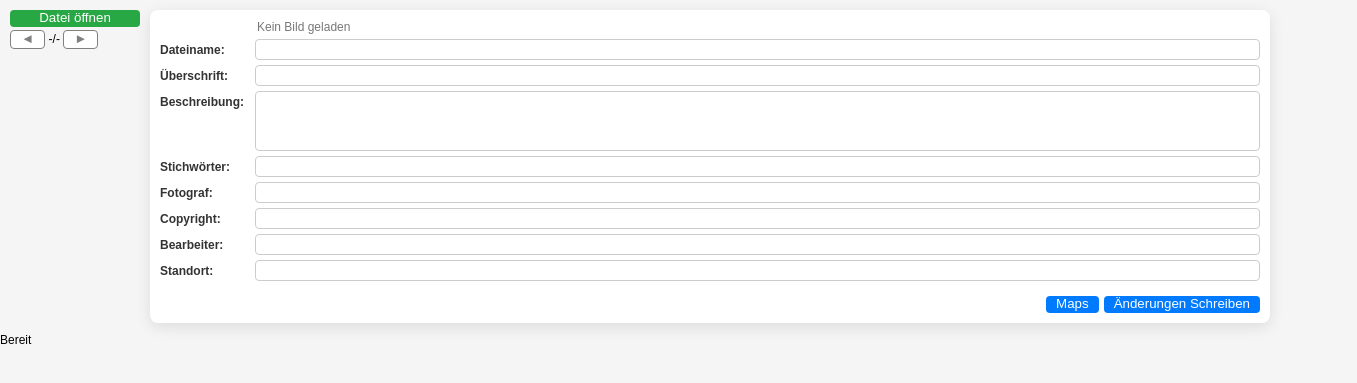
Repository: h-fahle/metadata
Page: ui/index.html
The author's editor kept a copy of each file at every save. The page is drawn from the files as they stood at one save, then again after the next save.
The browser window is 1280 px wide. The page is 1357 px wide, so the pictures cover 1357 px, including what lies to the right of the window. The pictures show the whole page.

Above is the page before, as saved 2026-08-19 12:25:00.

### ui/index.html
<!DOCTYPE html>
<html lang="de">

<head>
	<meta charset="UTF-8">
	<title>Tauri ExifTool Test</title>
	<script src="script.js" defer></script>
	<link rel="stylesheet" href="style.css">
</head>

<body>

	<div id="main-container">

		<!-- Das Vorschaubild links -->
		<div id="sidebar">

			<button id="file-open" onclick="dateiAuswählen()">Datei öffnen</button>

			<div id="nav">
				<button class="blaettern" onclick="blaettern(-1)">◄</button>
				<span id="img-nummer">-/-</span>
				<button  class="blaettern" onclick="blaettern(1)">►</button>
			</div>

<!-- 		<select id="menue-oeffnen" onchange="menueAktion(this)" >
				<option value="dateien">🖼️ Bilder öffnen...</option>
				<option value="ordner">📁 Ordner öffnen...</option>
			</select>
 -->
			<img id="vorschau-bild" src="" style="display:none;" />
			<div id="bild-info" style="text-align:center;">
				<span id="img-datum"></span><br>
				<span id="img-groesse"></span>
			</div>
		</div>

		<!-- Das Formular rechts -->
		<div id="mein-formular-container">

			<div id="ordner-pfad">Kein Bild geladen</div>

			<div class="tooltip" data-tooltip=
"Im Einzelmodus: Änderung des Dateinamens bewirkt
   Umbenennung der Datei.
Im Stapelmodus: Ordnername is nicht änderbar.!">
				<label for="filename">Dateiname:</label>
				<input type="text" id="filename" name="filename"/>
			</div>

			<div class="tooltip" data-tooltip=
"Auch: (Dokument-)Titel, Schlagzeile, Headline">
				<label for="caption">Überschrift:</label>
				<input type="text" id="caption" name="caption"/>
			</div>

			<div class="tooltip" data-tooltip=
"Beschreibender Text in beliebiger Länge.
(Im Stapelmodus wird der eingegebene Text
   an vorhandenen angehängt.)
Hinweis: Einige Programme zeigen nur 2.000 Zeichen
   oder auch weniger an.">
				<label for="description">Beschreibung:</label>
				<textarea id="description" name="description" style="min-height: 60px;"></textarea>
			</div>

			<div class="tooltip" data-tooltip=
"Komma-separierte Liste. Groß-/Kleinschreibung beachten.
Im Stapelmodus werden die eingegebenen Stichwörter
   an vorhandene angehängt.">
				<label for="keywords">Stichwörter:</label>
				<input type="text" id="keywords" name="keywords"/>
			</div>

			<div class="tooltip" data-tooltip=
"Urheber, Ersteller, Autor
(Tags: Artitst, Creator, By-line)">
				<label for="creator">Fotograf:</label>
				<input type="text" id="creator" name="creator"/>
			</div>

			<div class="tooltip" data-tooltip=
"Urheberrechtshinweis; enthält in der Regel:
Name des Fotografen, Aufnahmejahr und Nutzungsrechte;
(z.B. 'Copyright [1975] [Mustermann], Alle Rechte vorbehalten')">
				<label for="copyright">Copyright:</label>
				<input type="text" id="copyright" name="copyright"/>
			</div>

			<div class="tooltip" data-tooltip=
"Verfasser der Metadaten
(Tags: Caption Writer, Writer Editor)">
				<label for="editor">Bearbeiter:</label>
				<input type="text" id="editor" name="editor"/>
			</div>

			<div class="tooltip" data-tooltip=
"GPS-Koordinaten in Dezimalgrad (51.49129, 8.43317).
Ermitteln der Koordinaten in der Google Maps-Karte:
  1. mit rechter Maustaste auf den Standort klicken,
  2. auf die angezeigten Koordinaten klicken,
  3. der so gespeicherte Wert kann dann mit Strg+V
     kopiert werden.">
				<label for="position">Standort:</label>
				<input type="text" id="position" name="position"/>
			</div>

			<!-- Button-Leiste -->
			<div class="button-group" style="text-align: right; margin-top: 15px;">
				<button type="button" onclick="zeigeMaps(event)" style="background: #007BFF;">Maps</button>
				<button type="button" onclick="exifSchreiben(event)" style="background: #007BFF;">Änderungen Schreiben</button>
			</div>

		</div>
	</div> <!-- Ende des main-containers -->

	<div id="statusleiste">Bereit</div>

</body>

</html>

### ui/script.js
let aktuellerBildPfad = "";
let bilderListe = [];
let aktuellerIndex = -1;
let status = document.getElementById('statusleiste');

// Der Observer merkt jede Höhenänderung der Statusleiste
const resizeObserver = new ResizeObserver(entries => {
  for (let entry of entries) {
    // Die echte, aktuelle Höhe auslesen
    const hoehe = entry.contentRect.height;
    // Den Abstand des Bodys dynamisch anpassen
    document.body.style.paddingBottom = hoehe + 'px';
  }
});
// Beobachtung starten
resizeObserver.observe(statusleiste);


function zeigeStatus(nachricht) {
    status.innerText = nachricht;
}

async function dateiAuswählen() {
    try {
        const ergebnis = await window.__TAURI__.core.invoke('plugin:dialog|open', {
            options: {
                title: 'Bilddatei für ExifTool auswählen',
                directory: false,
                multiple: false,
                filters: [
                    { name: 'Bilder', extensions: ['jpg', 'jpeg', 'png', 'gif', 'tif', 'tiff', 'webp', 'avif', 'heic', 'heif'] }
                ]
            }
        });

        if (ergebnis) {
            const pfad = typeof ergebnis === 'object' ? ergebnis.path : ergebnis;
            aktuellerBildPfad = pfad;

            // Bilderliste des Ordners auslesen
            await ladeOrdnerBilder(pfad);

            // Metadaten für das aktuelle Bild einlesen
            exifAuslesen();
        }
    } catch (fehler) {
        zeigeStatus("Dialog-Fehler: " + fehler);
    }
}

async function ladeOrdnerBilder(pfad) {
    try {
        bilderListe = await window.__TAURI__.core.invoke('hole_ordner_bilder', { dateipfad: pfad });
        // Finde den Index des aktuell geöffneten Bildes
        aktuellerIndex = bilderListe.indexOf(pfad);
    } catch (fehler) {
        console.error("Fehler beim Laden des Ordnerinhalts:", fehler);
        ausgabe.innerHTML = "<span style='color: red;'>Fehler beim Laden des Ordnerinhalts: " + fehler + "</span>";
        bilderListe = [pfad];
        aktuellerIndex = 0;
    }
}

function blaettern(richtung) {
    if (bilderListe.length === 0) return;

    aktuellerIndex += richtung;

    // Begrenzungen einhalten
    if (aktuellerIndex < 0) {
        aktuellerIndex = 0;
        return;
    }
    if (aktuellerIndex >= bilderListe.length) {
        aktuellerIndex = bilderListe.length - 1;
        return;
    }

    aktuellerBildPfad = bilderListe[aktuellerIndex];
    exifAuslesen();
}

async function exifAuslesen() {
    const pfad = aktuellerBildPfad;
    const vorschauImg = document.getElementById("vorschau-bild");

    zeigeStatus("Rufe ExifTool auf...");

    try {
        // 1. Metadaten über Rust holen
        const jsonText = await window.__TAURI__.core.invoke('lese_bild_metdaten', { dateipfad: pfad });
        const datenObjekt = JSON.parse(jsonText)[0]; 	// Das 1. JSON-Objekt im JSON-Array in JS-Objekt umwandeln

        if (bilderListe.length > 0) {
            document.getElementById('img-nummer').innerText = `${aktuellerIndex + 1}/${bilderListe.length}`;
        } else {
            document.getElementById('img-nummer').innerText = '0/0';
        }

        let aufnahmeDatum = datenObjekt.DateTimeOriginal;
        if (typeof aufnahmeDatum === 'undefined') aufnahmeDatum = '---';

        document.getElementById('img-datum').innerText = '\u{1F4F7} ' + aufnahmeDatum || '';
        document.getElementById('img-groesse').innerText = '⤢ ' + datenObjekt.ImageSize || '';

        document.getElementById('filename').value = datenObjekt.FileName || '';
        document.getElementById('caption').value = datenObjekt.CMB_Caption || '';
        document.getElementById('description').value = datenObjekt.Description || '';
        document.getElementById('keywords').value = datenObjekt.Keywords || '';
        document.getElementById('creator').value = datenObjekt.Creator || '';
        document.getElementById('copyright').value = datenObjekt.Copyright || '';
        document.getElementById('editor').value = datenObjekt.CMB_Editor || '';
        document.getElementById('position').value = datenObjekt.GPSPosition || '';

        const vollerPfad = pfad;
        // Erkennt automatisch Linux-Schrägstriche (/) und Windows-Backslashes (\)
        const letzterSlash = Math.max(vollerPfad.lastIndexOf('/'), vollerPfad.lastIndexOf('\\'));
        let ordner = "Unbekannt";
        if (letzterSlash !== -1) {
            ordner = vollerPfad.substring(0, letzterSlash);
        }
        // Den berechneten Ordnerpfad in das neue Label schreiben
        document.getElementById('ordner-pfad').innerText = ordner;

        // Wir nehmen das erste Element der Liste (ExifTool liefert immer ein Array)
        zeigeStatus(jsonText);

        // Wir fragen Rust nach dem besten Weg für das Bild
        const vorschauErgebnis = await window.__TAURI__.core.invoke('hole_vorschaubild', { dateipfad: pfad });

        if (vorschauErgebnis === "STANDARD") {
            // Normales JPG/PNG über das Asset-Protokoll
            const assetUrl = window.__TAURI__.core.convertFileSrc(pfad);
            vorschauImg.src = assetUrl + "?t=" + new Date().getTime();
        } else if (vorschauErgebnis.startsWith("data:[embedded picture, 23 characters]")) {
            // TIF/TIFF über den im RAM kompilierten Rust-Wandler
            vorschauImg.src = vorschauErgebnis;
        }

        vorschauImg.style.display = "block";

    } catch (fehler) {
        zeigeStatus("Fehler: " + fehler);
        vorschauImg.style.display = "none";
    }
}

async function zeigeMaps(event) {
    event.preventDefault()
    let gps = document.getElementById('position').value;

    try {
        // Ruft direkt unsere eigene, sichere Rust-Funktion auf
        await window.__TAURI__.core.invoke('oeffne_maps_browser', {
            gpsString: gps
        });
    } catch (fehler) {
        console.error("Fehler:", fehler);
        ausgabe.innerHTML = "<span style='color: red;'>Fehler bei öffnen Maps: " + fehler + "</span>";
    }
}

async function exifSchreiben(ereignis) {
    if (ereignis) ereignis.preventDefault();  // verbietet dem Browser den automatischen Seiten-Reset!

    const pfad = aktuellerBildPfad;

    zeigeStatus("Speichere Daten über ExifTool...");

    // Wir sammeln alle aktuellen Werte aus den Eingabefeldern ein
    const daten = {
        dateipfad: pfad,
        filename: document.getElementById('filename').value,
        caption: document.getElementById('caption').value,
        description: document.getElementById('description').value,
        keywords: document.getElementById('keywords').value.split(',').map(s => s.trim()).join(', '),
        creator: document.getElementById('creator').value,
        copyright: document.getElementById('copyright').value,
        editor: document.getElementById('editor').value,
        gps: document.getElementById('position').value
    };

    try {
        // Wir schicken das gesamte Paket an die Rust-Funktion 'schreibe_bild_metdaten'
        const antwort = await window.__TAURI__.core.invoke('schreibe_bild_metdaten', daten);

        // Bei Erfolg zeigen wir die Meldung in grüner Schrift an
        zeigeStatus(antwort);

        // 2. Da der Pfad dank preventDefault() jetzt bombenfest im Feld stehen bleibt,
        // funktioniert das Neuladen nun augenblicklich und fehlerfrei!
        await exifAuslesen();

    } catch (fehler) {
        // Falls etwas schiefgeht (z.B. Datei schreibgeschützt), zeigen wir den Fehler an
        zeigeStatus("Fehler: " + fehler);
    }
}

### ui/style.css

html,
body {
	margin: 0;
	background: #f5f5f5;
	display: flex;
	flex-direction: column;
	font-family: sans-serif;
	font-size: 12px;
}

/* Haupt-Container und Statusleiste ------------------------ */
#main-container {
	max-width: 100%;
	padding: 10px;
	display: flex;
	flex-direction: row;  /* Elemente nebeneinander */
	gap: 10px;  /* Abstand zwischen Bild und Formular */
	box-sizing: border-box;
}

#main-container > :not(#sidebar) {
	flex: 1;      /* Nimmt den restlichen Platz ein */
	min-width: 0; /* Erlaubt dem Element zu schrumpfen, falls das Fenster klein wird */
}


/* #statusleiste {
	bottom: 0;
	left: 0;
	box-sizing: content-box;
	background-color: lightgray;
	color: black;
	display: flex;
	align-items: center;
	padding: 0 16px;
	z-index: 1000;
}
 */




/* Container des Formulars ----------------------------------------- */
#mein-formular-container {
	flex-grow: 1;
	margin: 0;
	padding: 5px 10px;
	background-color: #ffffff;
	border-radius: 8px;
	box-shadow: 0 4px 15px rgba(0, 0, 0, 0.1);
	font-family: Arial, sans-serif;
}

#mein-formular-container div {
	display: flex;
	align-items: center;
	margin: 6px 0;
	/* Geringer Zeilenabstand */
	width: 100%;
	margin-top: 5px;
	/* Kleiner Abstand nach oben */
	margin-bottom: 5px;
	/* Kleiner Abstand nach unten */
}

#ordner-pfad {
	margin-left: 97px !important;
	color: #777777;
}


/* Bedien-Elemente -------------------------------------------- */
button {
	padding: 0px 10px 2px 10px;
	cursor: pointer;
	background: #28a745;
	color: white;
	border: none;
	border-radius: 4px;
}

button#file-open {
	width: 130px;
	margin-bottom: 3px;
}

button.blaettern {
	border: 1px solid gray;
	color: gray;
	background-color: white;
}

/* Der Absendeknopf richtet sich nach den Eingabefeldern aus */
.button-group {
	display: flex;
	justify-content: flex-end;
}

.button-group button {
	margin-left: 5px;
}

select {
	-moz-appearance: none;
	-webkit-appearance: none;
	appearance: none;
	border: none;
	border-radius: 4px;
	background: #28a745;
	color: white;
	width: 120px;
}


/* Formular-Elemente ---------------------------------------------------------- */

label[for="description"] {
	align-self: flex-start;
	/* DIESE ZEILE IST DIE RETTUNG: Richtet NUR dieses Label oben aus! */
	margin-top: 4px;
	/* Feinjustierung, damit es perfekt auf der Linie der ersten Textzeile liegt */
}

/* Feste Breite für die Labels + Linksbündig */
label {
	display: inline-block;
	width: 95px;
	text-align: left;
	font-weight: bold;
	color: #333333;
	flex-shrink: 0;
	/* Verhindert, dass der Text zusammengedrückt wird */
}

/* Eingabefelder füllen den restlichen Platz der Zeile aus */
input[type="text"],
textarea {
	flex-grow: 1;
	/* Alle Felder starten exakt an der gleichen Linie */
	width: 100%;
	min-width: 0;
	padding: 2px;
	border: 1px solid #cccccc;
	border-radius: 4px;
	box-sizing: border-box;
}

textarea {
	/* DIESE BEIDEN ZEILEN LÖSEN DAS LINUX-PROBLEM ENDGÜLTIG: */
	field-sizing: content;
	/* Die Box wächst automatisch zeilenweise mit! */
	overflow: hidden;
	/* Schaltet Scrollbalken und damit den Bug komplett ab */
	resize: none;
	/* Der Nutzer muss nicht mehr manuell ziehen */
}

/* Aktives Feld bei Klick */
input:focus,
textarea:focus {
	border-color: #007BFF;
	outline: none;
	box-shadow: 0 0 5px rgba(0, 123, 255, 0.5);
}

.tooltip {
	position: relative;
	display: block;
	margin-bottom: 15px;
	/* Wichtig: Standard-Ebene für alle Zeilen */
	z-index: 1;
}

.tooltip:focus-within {
	z-index: 10;
}

/* Wenn die Maus drüber ist oder getippt wird, MUSS diese Zeile über allen anderen liegen */
.tooltip:hover,
.tooltip:has(input:focus) {
	z-index: 9999 !important;
}

.tooltip:hover {
	z-index: 99999 !important;
}

/* Der Tooltip selbst */
.tooltip:hover::after {
	content: attr(data-tooltip);
	position: absolute;

	/* Vertikale Positionierung (unten) */
	top: 50%;
	margin-top: 8px;
	bottom: auto;

	/* Horizontale Positionierung (an deiner Label-Breite) */
	left: 105px;
	/* Hier wieder deine Label-Breite eintragen */
	right: auto;
	transform: none;

	/* Styling & Farben */
	background-color: #333333;
	color: #ffffff;
	padding: 2px 4px;
	background-color: lightyellow;
	color: black;
	border: 1px solid gray;
	border-radius: 4px;
	font-size: 11px;
	line-height: 1.4;

	/* Dynamische Breite */
	white-space: pre;
	width: max-content;

	/* DIE RETTUNG FÜR DEN Z-INDEX: */
	z-index: 100000;
	pointer-events: none;
	/* Verhindert, dass der Tooltip Maus-Klicks oder Hovers abfängt */
}

After the next save:
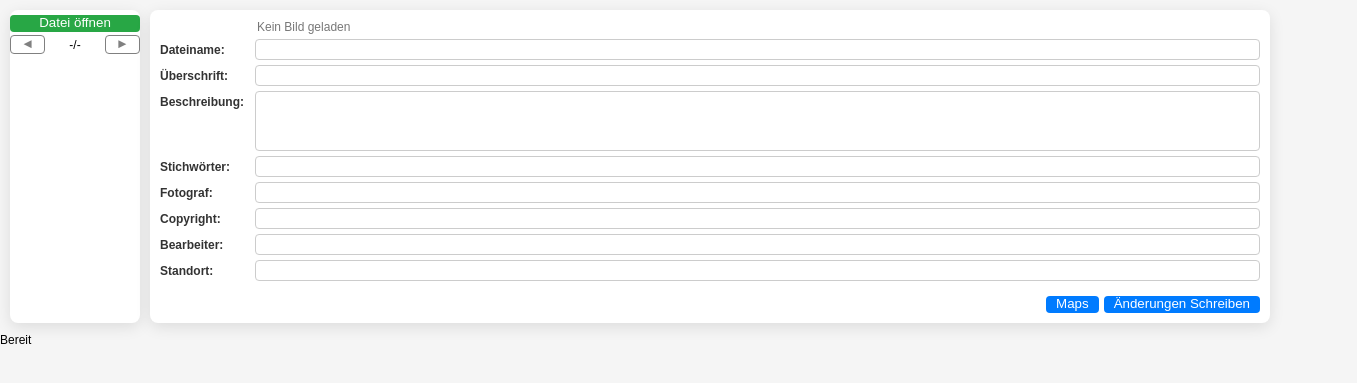
Saved 108 s later.
--- a/ui/style.css
+++ b/ui/style.css
@@ -38,7 +38,34 @@ body {
 }
  */
 
-
+/* Styling für die Sidebar -------------------------------- */
+#sidebar {
+	box-sizing: border-box;
+	width: 130px;
+	min-width: 130px;
+	display: flex;
+	flex-direction: column;
+	align-items: center;
+	justify-content: flex-start;
+	padding: 5px;
+	background-color: #ffffff;
+	border-radius: 8px;
+	box-shadow: 0 4px 15px rgba(0, 0, 0, 0.1);
+}
+
+div#nav {
+	width: 130px;
+	display: flex;
+	justify-content: space-between;
+	align-items: center;
+	margin-bottom: 10px;
+}
+
+#vorschau-bild {
+	width: 130px;
+	height: auto;
+	border: 1px outset gray;
+}
 
 
 /* Container des Formulars ----------------------------------------- */
